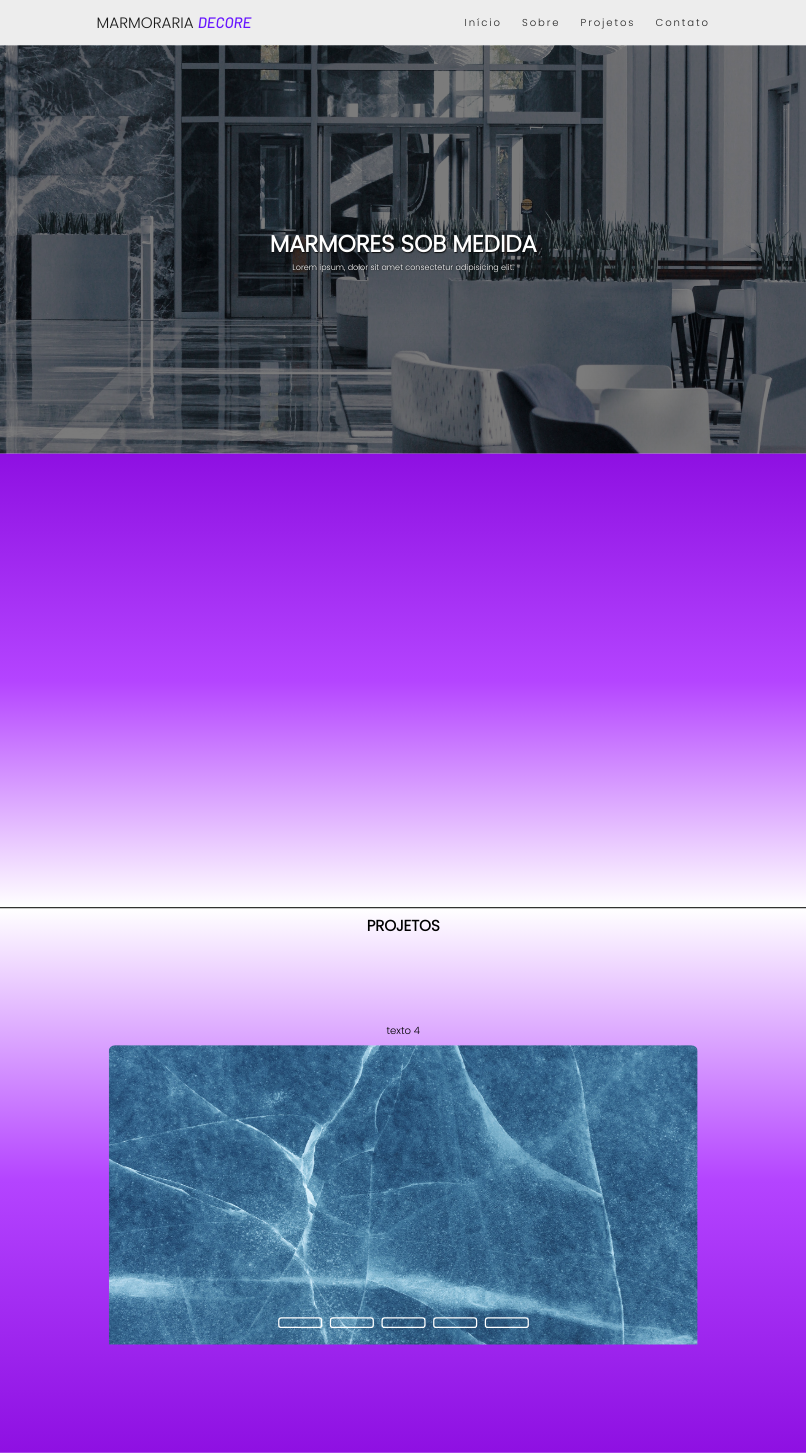
Repository: XFERRER7/projeto-xt7
Page: projetoMarmoraria/index.html
The author's editor kept a copy of each file at every save. The page is drawn from the files as they stood at one save, then again after the next save.
The browser window is 1280 px wide. The pictures show the whole page, at 63% of full size.
After loading, the first visible `#lbl4` was clicked once.

Above is the page before, as saved 2022-04-21 17:07:15.

### projetoMarmoraria/index.html
<!DOCTYPE html>
<html lang="pt-br">

<head>
  <meta charset="UTF-8">
  <meta http-equiv="X-UA-Compatible" content="IE=edge">
  <meta name="viewport" content="width=device-width, initial-scale=1.0">
  <title>Marmoraria Decore</title>
  <link rel="stylesheet" href="css/style.css">

</head>

<body>
  <header>
    <nav>
      <a class="logo" href="#">MARMORARIA <span id="decore">DECORE</span></a>
      <div class="mobile-menu">
        <div class="line1"></div>
        <div class="line2"></div>
        <div class="line3"></div>
      </div>
      <ul class="nav-list">
        <li><a href="#">Início</a></li>
        <li><a href="#">Sobre</a></li>
        <li><a href="#">Projetos</a></li>
        <li><a href="#">Contato</a></li>
      </ul>
    </nav>
    <div class="hero-section">
      <div class="hero-section-text">
        <h1 id="titulo-header">MARMORES SOB MEDIDA</h1>
        <p id="paragrafo-header">Lorem ipsum, dolor sit amet consectetur adipisicing elit.</p>
      </div>
    </div>
  </header>
  <main>
    <section class="section-b">

    </section>

    <div id="divisa"></div>

    <section class="section-a">
      <h1 id="section-a-h1">PROJETOS</h1>
      <div class="content">
        <p class="desc" id="descricao">Lorem ipsum dolor sit amet consectetur adipisicing elit. Consequuntur cupiditate quo nostrum asperiores enim voluptatem minima a iste! Reprehenderit libero ut ex officiis fugit, tempore optio qui! Quibusdam at ipsum eaque fugiat dicta ea commodi!</p>
        <div class="slides">
          <input type="radio" name="slide" id="slide1" checked>
          <input type="radio" name="slide" id="slide2">
          <input type="radio" name="slide" id="slide3">
          <input type="radio" name="slide" id="slide4">
          <input type="radio" name="slide" id="slide5">
          <div class="slide s1">
            <img src="./img/2.jpg" alt="img-1">
          </div>
          <div class="slide">
            <img src="./img/1.jpg" alt="img-2">
          </div>
          <div class="slide">
            <img src="./img/3.jpg" alt="img-3">
          </div>
          <div class="slide">
            <img src="./img/4.jpg" alt="img-4">
          </div>
          <div class="slide">
            <img src="./img/5.jpg" alt="img-5">
          </div>
        </div>
        <div class="navigation">
          <!-- Aqui ficará os labels para selecionar os inputs das imagens-->
          <label class="bar" id="lbl1" for="slide1" onclick="mudarTextoLbl1()"></label>
          <label class="bar" id="lbl2" for="slide2" onclick="mudarTextoLbl2()"></label>
          <label class="bar" id="lbl3" for="slide3" onclick="mudarTextoLbl3()"></label>
          <label class="bar" id="lbl4" for="slide4" onclick="mudarTextoLbl4()"></label>
          <label class="bar" id="lbl5" for="slide5" onclick="mudarTextoLbl5()"></label>
        </div>
      </div>
    </section>

  </main>




  <script src="js/menu-bar.js"></script>
  <script src="js/changeText.js"></script>

  <footer>

  </footer>
</body>

</html>

Lorem ipsum dolor sit amet, consectetur adipisicing elit. Obcaecati nulla quos quia? Consectetur laudantium illum asperiores excepturi. Itaque ab, rem tempore ullam, fugit aspernatur est alias quaerat expedita nulla, unde recusandae dolore quidem reiciendis atque?

### projetoMarmoraria/css/style.css
@import url('https://fonts.googleapis.com/css2?family=Poppins:ital,wght@0,300;1,100&display=swap');
@import url('https://fonts.googleapis.com/css2?family=Barlow:ital,wght@1,500&display=swap');
* {
    margin: 0;
    padding: 0;
    box-sizing: border-box;
    font-family: 'Poppins', sans-serif;
}

::-webkit-scrollbar {
  width: 15px;
}

::-webkit-scrollbar-track {
  background: #ffffff;

}

::-webkit-scrollbar-thumb {
  background: rgb(154, 2, 255);
  border-radius: 3px;
}

/*----------------------------------MENU-BAR----------------------------------*/
a {
  color: rgb(37, 37, 37);
  text-decoration: none;
  transition: 0.8s;
}

a:hover {
  color: blue;
  opacity: 0.7;
}

.logo {
  font-size: 1.5em;
  text-transform: uppercase;
  color: rgb(26, 26, 26);
}

#decore {
  font-family: 'Barlow', sans-serif;
  color: #6817ff;
}

nav {
  display: flex;
  justify-content: space-around;
  align-items: center;
  font-family: 'Poppins', sans-serif;
  background: #ededed;
  height: 10vh;
}


.nav-list {
  list-style: none;
  display: flex;
}

.nav-list li {
  letter-spacing: 3px;
  margin-left: 32px;
}

.mobile-menu {
  display: none;
  cursor: pointer;
}

.mobile-menu div {
  width: 32px;
  height: 2px;
  background: rgb(20, 24, 255);
  margin: 8px;
  transition: 0.3s;
}

@media (max-width: 999px) {
  body {
    overflow-x: hidden;
  }

  .logo {
    font-size: 1.8rem;
  }

  .nav-list {
    overflow-x: hidden;
    position: fixed;
    top: 10vh;
    right: 0;
    width: 50vw;
    height: 40vh;
    background: #ededed;
    flex-direction: column;
    align-items: center;
    justify-content: space-around;
    transform: translateX(100%);
    transition: transform 0.3s ease-in;
  }
  .nav-list li {
    margin-left: 0;
    opacity: 0;
  }
  .mobile-menu {
    display: block;
  }
}

.nav-list.active {
  transform: translateX(0);
}

@keyframes navLinkFade {
  from {
    opacity: 0;
    transform: translateX(50px);
  }
  to {
    opacity: 1;
    transform: translateX(0);
  }
}

.mobile-menu.active .line1 {
  transform: rotate(-45deg) translate(-8px, 8px);
}

.mobile-menu.active .line2 {
  opacity: 0;
}

.mobile-menu.active .line3 {
  transform: rotate(45deg) translate(-5px, -7px);
}

/*------------------------------IMAGEM DO HEADER------------------------------*/
.hero-section {
  background-image: linear-gradient(to bottom, rgba(0, 0, 0, 0.516),rgba(0, 0, 0, 0.516)), url(../img/img-header.jpg);
  background-position: 50%;
  background-repeat: no-repeat;
  background-size: cover;
  height: 90vh;
  text-align: center;
  display: -webkit-flex;
  display: -ms-flexbox;
  display: flex;
  -webkit-align-items: center;
      -ms-flex-align: center;
          align-items: center;
  -webkit-justify-content: center;
      -ms-flex-pack: center;
          justify-content: center;
}

#titulo-header {
  font-size: 2.3rem;
}

#paragrafo-header {
  font-size: 0.8rem;
}

.hero-section .hero-section-text {
  color: #fefefe;
  text-shadow: 1px 1px 2px #0a0a0a;
}


main {
  margin: 0;
  padding: 0;
  height: 150vh;
  width: 100%;
  position: absolute;
}

/*------------------------------------Sobre------------------------------------*/



















/*------------------------------Slider de imagens------------------------------*/

.section-a {
  height: 120vh;
  background-image: linear-gradient(to bottom, #fff, rgb(180, 68, 255), rgb(142, 16, 226));
  position: relative;
}

#section-a-h1 {
  text-align: center;
  padding-top: 10px;
}

.content {
  height: 520px;
  width: 935px;
  overflow: hidden;
  position: absolute;
  top: 50%;
  left: 50%;
  transform: translate(-50%, -50%);
}

.desc {
  text-align: center;
  padding: 10px;
}

.navigation {
  position: absolute;
  bottom: 20px;
  left: 50%;
  transform: translate(-50%);
  display: flex;
}

.bar {
  width: 70px;
  height: 17px;
  border: 2px solid rgb(255, 255, 255);
  margin: 6px;
  border-radius: 5px;
  cursor: pointer;
  transition: .4s;
}

.bar:hover {
  background: #fff;
}

input {
  display: none;
}

.slides {
  display: flex;
  width: 500%;
  height: 100%;
}

.slide {
  width: 20%;
  transition: .6s;
}

.slide img {
  width: 100%;
  height: 100%;
  border-radius: 10px;
}

#slide1:checked ~ .s1 {
  margin-left: 0;
}

#slide2:checked ~ .s1 {
  margin-left: -20%;
}

#slide3:checked ~ .s1 {
  margin-left: -40%;
}

#slide4:checked ~ .s1 {
  margin-left: -60%;
}

#slide5:checked ~ .s1 {
  margin-left: -80%;
}

@media (max-width: 999px) {

  .content {
    margin-top: -350px;
    width: 100%;

  }



}

#divisa {
  height: 2px;
  background-color: #000000;
}

.section-b {
  height: 100vh;
  background-image: linear-gradient(to top, #fff, rgb(180, 68, 255), rgb(142, 16, 226));
}

### projetoMarmoraria/js/menu-bar.js
class MobileNavbar {
  constructor(mobileMenu, navList, navLinks) {
    this.mobileMenu = document.querySelector(mobileMenu);
    this.navList = document.querySelector(navList);
    this.navLinks = document.querySelectorAll(navLinks);
    this.activeClass = "active";

    this.handleClick = this.handleClick.bind(this);
  }

  animateLinks() {
    this.navLinks.forEach((link, index) => {
      link.style.animation
        ? (link.style.animation = "")
        : (link.style.animation = `navLinkFade 0.5s ease forwards ${
            index / 7 + 0.3
          }s`);
    });
  }

  handleClick() {
    this.navList.classList.toggle(this.activeClass);
    this.mobileMenu.classList.toggle(this.activeClass);
    this.animateLinks();
  }

  addClickEvent() {
    this.mobileMenu.addEventListener("click", this.handleClick);
  }

  init() {
    if (this.mobileMenu) {
      this.addClickEvent();
    }
    return this;
  }
}

const mobileNavbar = new MobileNavbar(
  ".mobile-menu",
  ".nav-list",
  ".nav-list li",
);
mobileNavbar.init();

### projetoMarmoraria/js/changeText.js
function mudarTextoLbl1() {
  document.getElementById('descricao').textContent = "Lorem ipsum dolor sit amet consectetur adipisicing elit. Hic, nisi exercitationem harum officia facilis nihil vitae eligendi provident architecto quis quod unde quas incidunt assumenda corporis iste repudiandae esse voluptatibus?";
}
function mudarTextoLbl2() {
  document.getElementById('descricao').textContent = "Lorem ipsum dolor sit, amet consectetur adipisicing elit. Sapiente distinctio ipsa incidunt non exercitationem laboriosam animi id accusamus placeat, commodi, veniam rerum ut! Fugiat tenetur unde nihil minima fuga veniam odio nulla pariatur eum reiciendis.";
}
function mudarTextoLbl3() {
  document.getElementById('descricao').textContent = "Lorem ipsum dolor sit amet consectetur adipisicing elit. Quas nisi saepe nobis? Maxime blanditiis illo animi tempora maiores expedita qui eum, iusto, ratione odit quia repellendus delectus voluptate nobis nam tenetur, officiis magnam quisquam fugiat dicta nisi id natus. Magnam.";
}
function mudarTextoLbl4() {
  document.getElementById('descricao').textContent = "texto 4";
}
function mudarTextoLbl5() {
  document.getElementById('descricao').textContent = "texto 5";
}

After the next save:
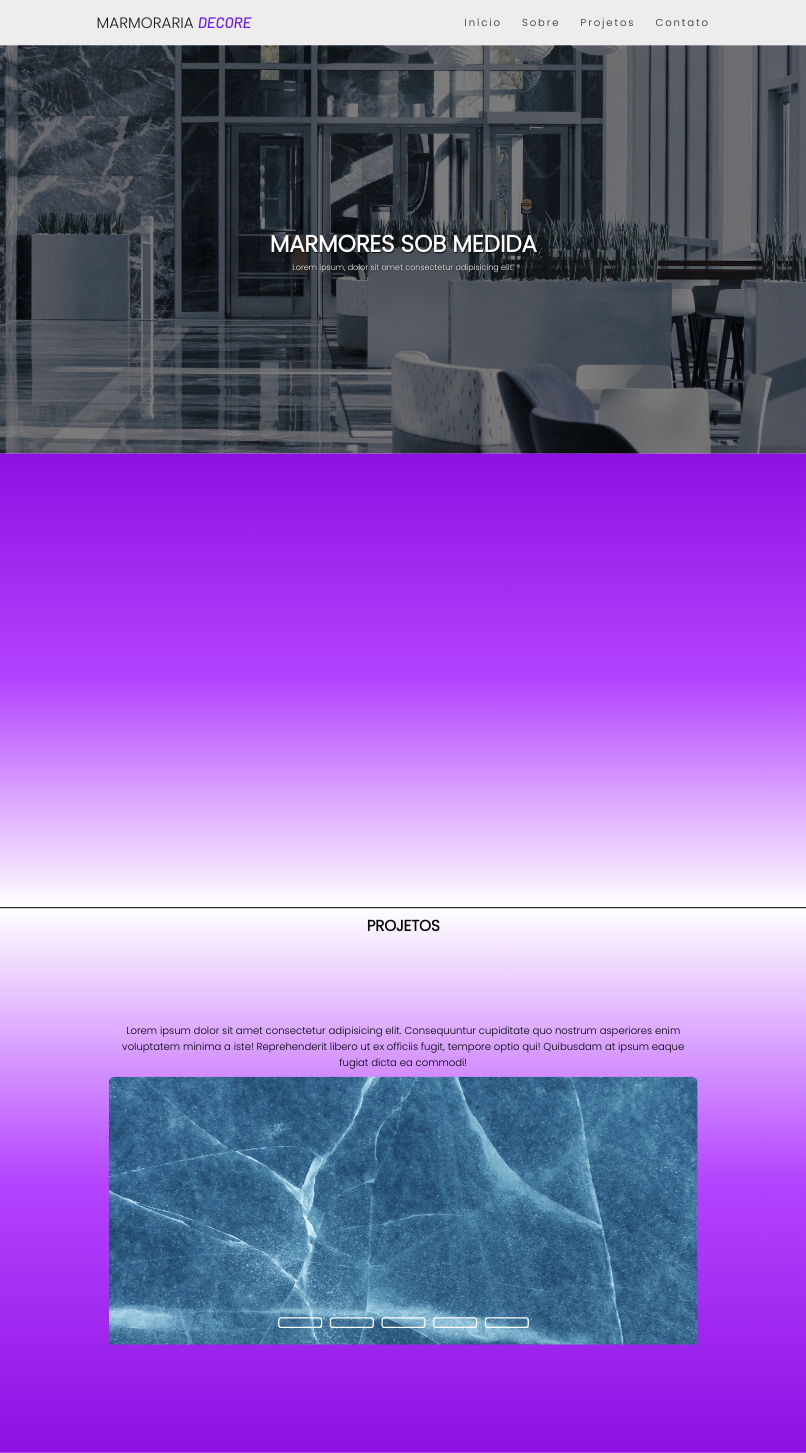
Console error: SyntaxError: Invalid or unexpected token
Saved 5 s later.
--- a/projetoMarmoraria/js/changeText.js
+++ b/projetoMarmoraria/js/changeText.js
@@ -8,7 +8,8 @@
   document.getElementById('descricao').textContent = "Lorem ipsum dolor sit amet consectetur adipisicing elit. Quas nisi saepe nobis? Maxime blanditiis illo animi tempora maiores expedita qui eum, iusto, ratione odit quia repellendus delectus voluptate nobis nam tenetur, officiis magnam quisquam fugiat dicta nisi id natus. Magnam.";
 }
 function mudarTextoLbl4() {
-  document.getElementById('descricao').textContent = "texto 4";
+  document.getElementById('descricao').textContent = "Lorem ipsum dolor sit amet, consectetur adipisicing elit. Quos eius dolor libero iste impedit nesciunt animi totam corporis id quod.
+  ";
 }
 function mudarTextoLbl5() {
   document.getElementById('descricao').textContent = "texto 5";

After the save that followed:
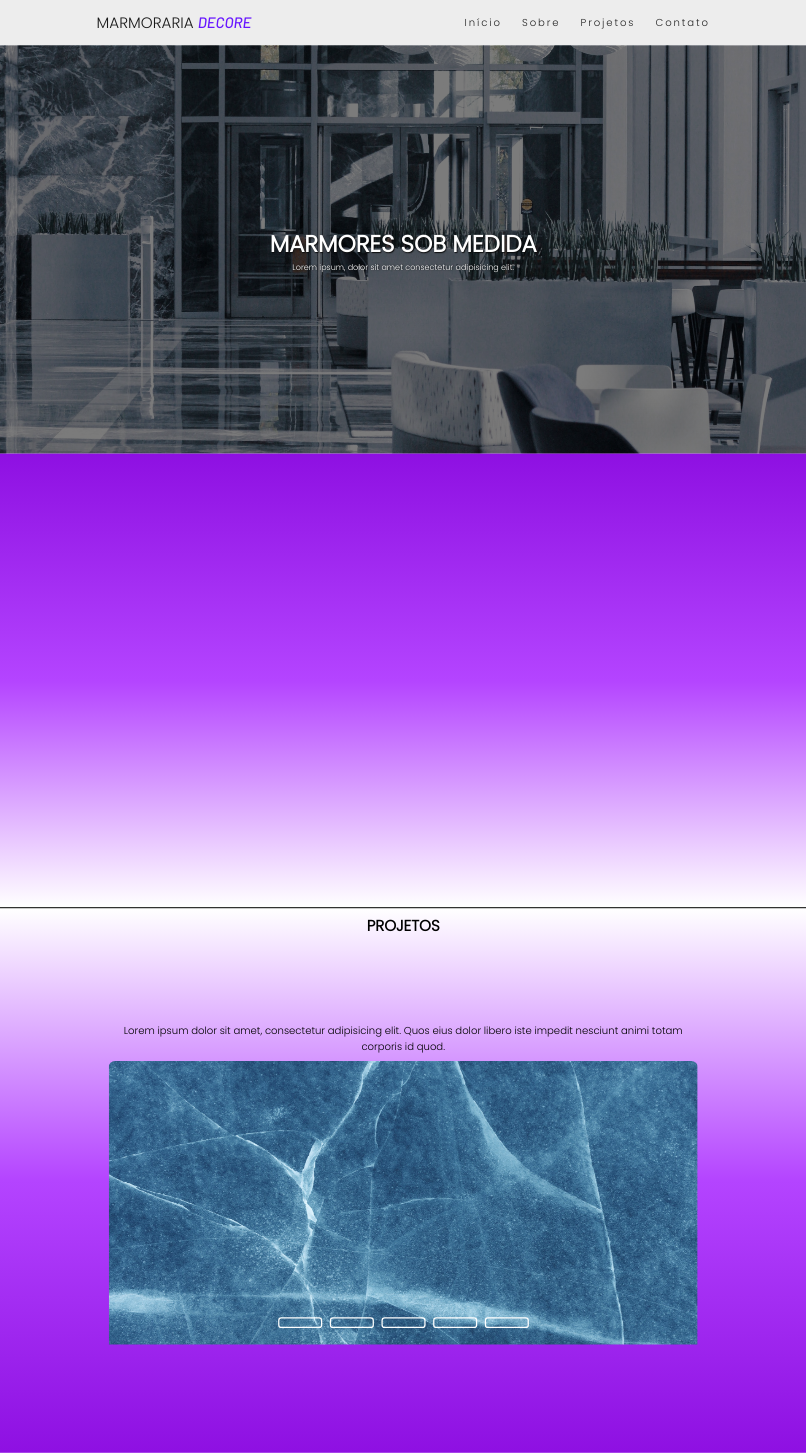
The error is gone.
Saved 2 s later.
--- a/projetoMarmoraria/js/changeText.js
+++ b/projetoMarmoraria/js/changeText.js
@@ -8,8 +8,7 @@
   document.getElementById('descricao').textContent = "Lorem ipsum dolor sit amet consectetur adipisicing elit. Quas nisi saepe nobis? Maxime blanditiis illo animi tempora maiores expedita qui eum, iusto, ratione odit quia repellendus delectus voluptate nobis nam tenetur, officiis magnam quisquam fugiat dicta nisi id natus. Magnam.";
 }
 function mudarTextoLbl4() {
-  document.getElementById('descricao').textContent = "Lorem ipsum dolor sit amet, consectetur adipisicing elit. Quos eius dolor libero iste impedit nesciunt animi totam corporis id quod.
-  ";
+  document.getElementById('descricao').textContent = "Lorem ipsum dolor sit amet, consectetur adipisicing elit. Quos eius dolor libero iste impedit nesciunt animi totam corporis id quod.";
 }
 function mudarTextoLbl5() {
   document.getElementById('descricao').textContent = "texto 5";
